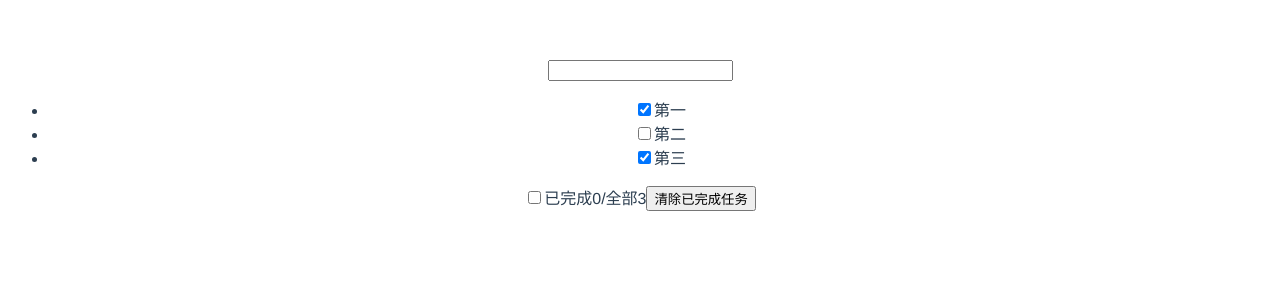
Repository: 13067902180/vue2.0study
Page: /
These files come from the project's save history. The page is drawn as it stood at one moment and after the next save; the edit follows.
The browser window is 1280 px wide. The pictures show the whole page.
The project was rebuilt for these pictures with package versions that can differ from the ones it lists, and the page was loaded fresh each time. Also part of the build but not shown: vue.config.js.

Above is the page before, as saved 2023-02-07 16:57:05.

After the next save:
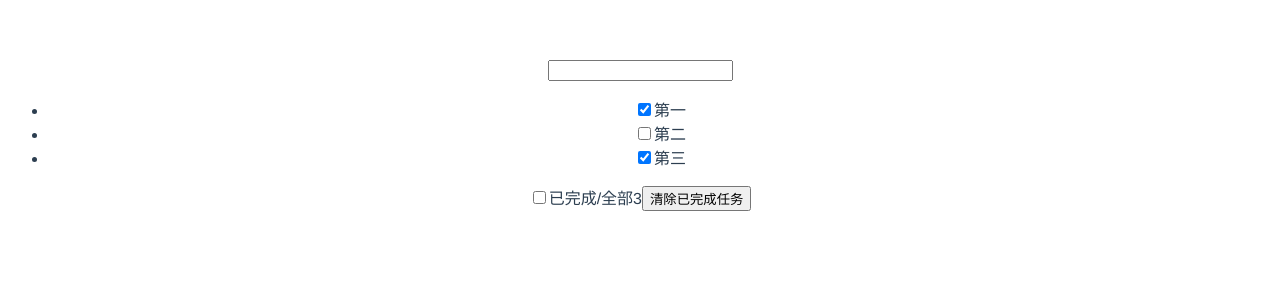
Saved 42 s later.
--- a/src/components/MyFooter.vue
+++ b/src/components/MyFooter.vue
@@ -3,7 +3,10 @@
     <label for="">
       <input type="checkbox" />
     </label>
-    <span> <span>已完成0</span>/全部{{ todos.length }}</span>
+    <span>
+      <span>已完成{{ doneTotal }}</span
+      >/全部{{ todos.length }}</span
+    >
     <button class="btn btn-danger">清除已完成任务</button>
   </div>
 </template>
@@ -12,6 +15,9 @@
 export default {
   name: "MyFooter",
   props: ["todos"],
+  computed: {
+    doneTotal() {},
+  },
 };
 </script>
 
